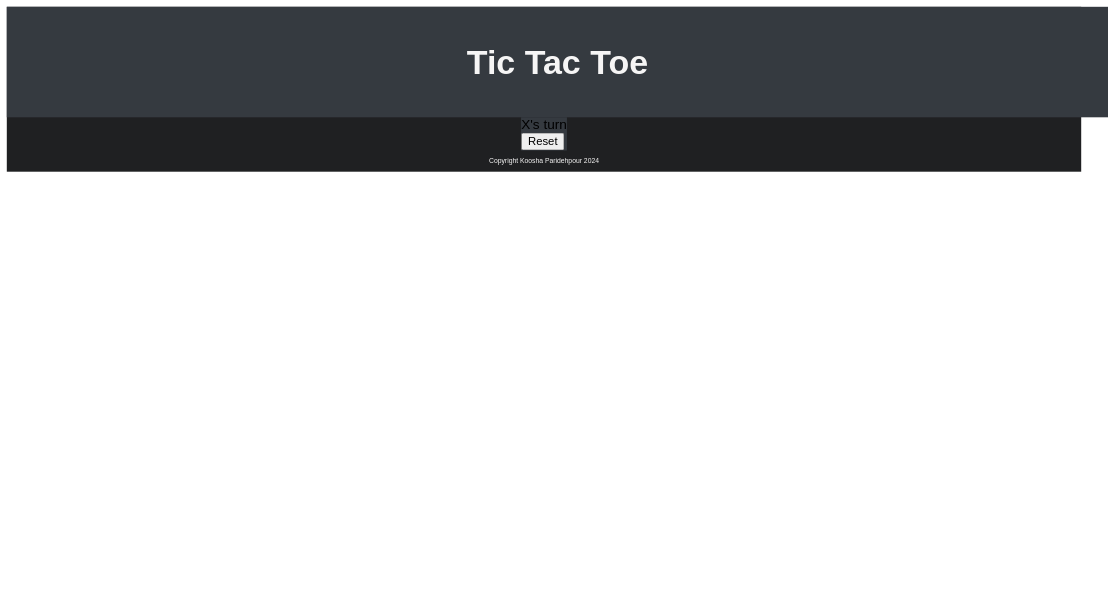
Repository: KooshaPari/odin-TTT
Page: index.html
The author's editor kept a copy of each file at every save. The page is drawn from the files as they stood at one save, then again after the next save.
The browser window is 1280 px wide. The page is 1304 px wide, so the pictures cover 1304 px, including what lies to the right of the window. The pictures show the whole page, at 85% of full size.

Above is the page before, as saved 2024-03-14 22:46:18.

### index.html
<!doctype html>
<html lang="en">
  <head>
    <meta charset="UTF-8" />

    <link rel="stylesheet" href="./style.css" />
    <meta name="viewport" content="width=device-width, initial-scale=1.0" />
    <title>Document</title>
  </head>
  <body>
    <div id="parent">
      <div id="header">
        <h1>Tic Tac Toe</h1>
      </div>
      <div id="body">
        <div id="game">
          <div id="board">
            <div class="square" id="0"></div>
            <div class="square" id="1"></div>
            <div class="square" id="2"></div>
            <div class="square" id="3"></div>
            <div class="square" id="4"></div>
            <div class="square" id="5"></div>
            <div class="square" id="6"></div>
            <div class="square" id="7"></div>
            <div class="square" id="8"></div>
          </div>
          <div id="status">X's turn</div>
          <button id="reset">Reset</button>
        </div>
      </div>
      <div id="footer">
        <p>Copyright Koosha Paridehpour 2024</p>
      </div>
    </div>
  </body>
</html>

### style.css
* {
  font-family: sans-serif;
}
#parent {
  background-color: #1f2022;
  width: 100%;
  height: 100%;
}
#header {
  background-color: #353a40;
  padding: 1.25%;
  width: 100%;
  height: 100%;
}
#header h1 {
  color: #f6f5f5;

  font-size: 2.5em;
}
#footer p {
  color: #f6f5f5;
  font-size: 0.5em;
}

#header,
#footer,
#body {
  display: flex;
  align-items: center;
  justify-content: center;
}
#title {
  color: #f6f5f5;
}
#body {
  flex-direction: column;
}
#game {
  background-color: #353a40;
}

After the next save:
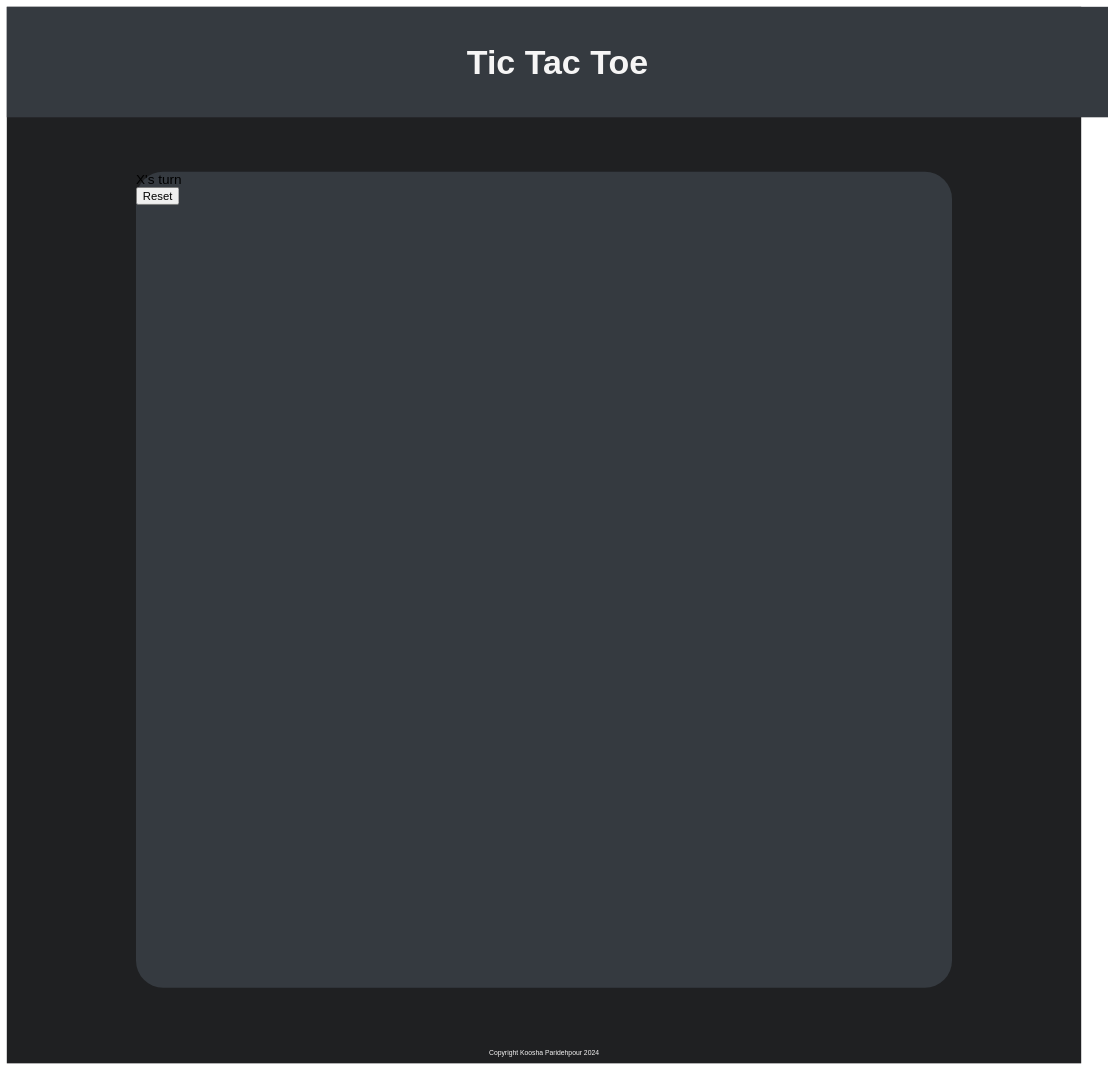
Saved 31 s later.
--- a/style.css
+++ b/style.css
@@ -37,4 +37,12 @@
 }
 #game {
   background-color: #353a40;
+  border-radius: 2em;
+  margin: 5vw;
+  width: 75vw;
+  height: 75vw;
+  -webkit-border-radius: 2em;
+  -moz-border-radius: 2em;
+  -ms-border-radius: 2em;
+  -o-border-radius: 2em;
 }
